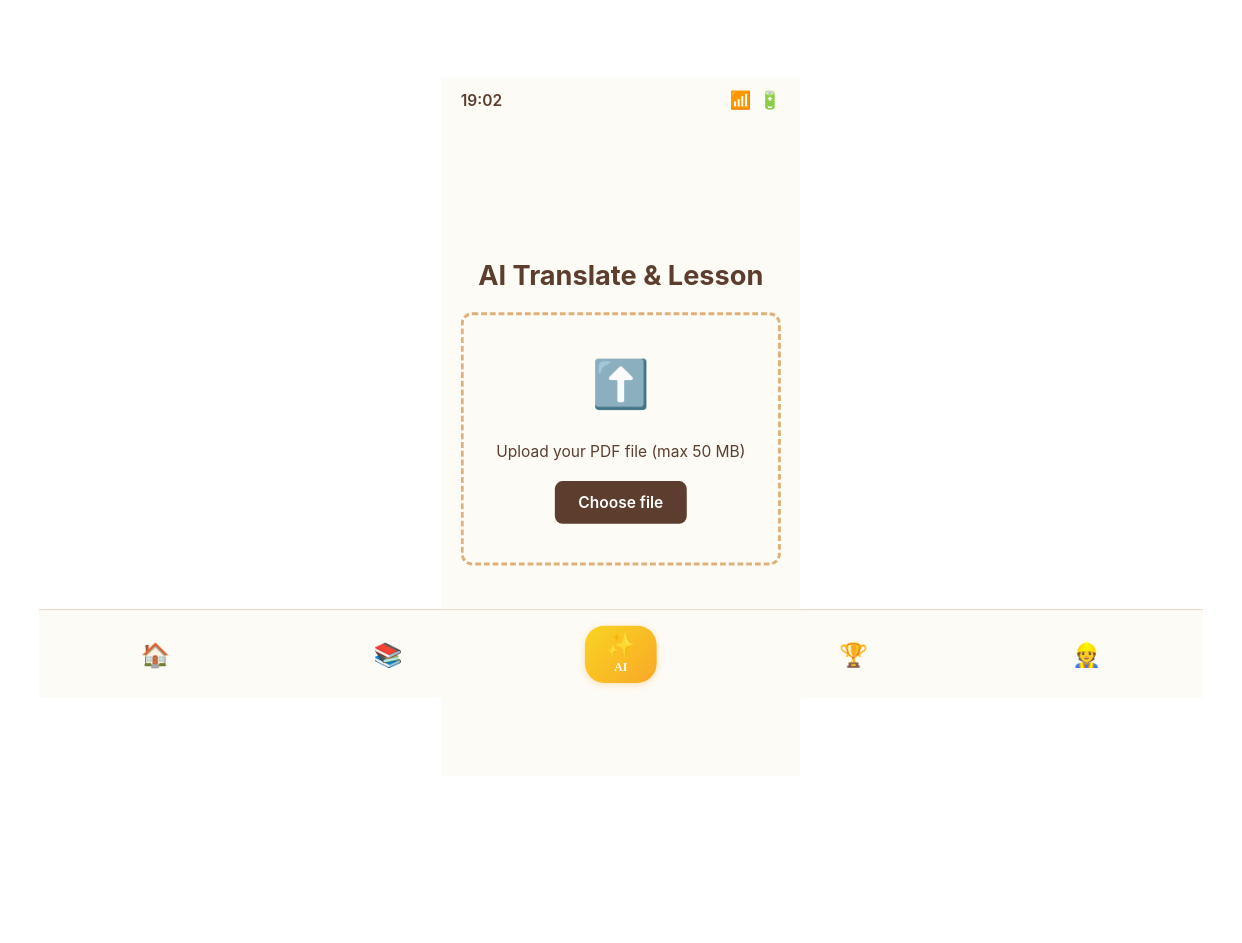
Repository: richelletiongson/Jargon_FrontendShowcase
Page: / (app in jargon_frontend/)
An editor plug-in stored every save of this project. The page is shown before and after the next save, followed by the edit.
The browser window is 1280 px wide. The pictures show the whole page, at 97% of full size.
The project was rebuilt for these pictures with package versions that can differ from the ones it lists, and the page was loaded fresh each time. Also part of the build but not shown: jargon_frontend/vite.config.js, jargon_frontend/src/index.css, jargon_frontend/src/home_pages/Home.jsx, jargon_frontend/src/course_pages/Course.jsx, jargon_frontend/src/charts_pages/Charts.jsx, jargon_frontend/src/profile_pages/Profile.jsx.

Above is the page before, as saved 2025-10-22 14:05:14.

### jargon_frontend/index.html
<!doctype html>
<html lang="en">
  <head>
    <meta charset="UTF-8" />
    <link rel="icon" type="image/svg+xml" href="/vite.svg" />
    <meta name="viewport" content="width=device-width, initial-scale=1.0" />
    <title>jargon_frontend</title>
  </head>
  <body>
    <div id="root"></div>
    <script type="module" src="/src/main.jsx"></script>
  </body>
</html>

### jargon_frontend/src/App.jsx
import './App.css'
import NavBar from "./components/NavBar";
import { BrowserRouter, Routes, Route } from "react-router-dom";
import Home from "./home_pages/Home";
import Course from "./course_pages/Course";
import AI from "./ai_pages/AI";
import Charts from "./charts_pages/Charts";
import Profile from "./profile_pages/Profile";

function App() {
  return (
    <BrowserRouter>
            <div className='page'>
                <main className='main-content'>
                    <Routes>
                        <Route
                            path='/'
                            element={<AI />}
                        />
                        <Route
                            path='/home'
                            element={<Home />}
                        />
                        <Route
                            path='/course'
                            element={<Course />}
                        />
                        <Route
                            path='/ai'
                            element={<AI />}
                        />
                        <Route
                            path='/charts'
                            element={<Charts />}
                        />
                        <Route
                            path='/profile'
                            element={<Profile />}
                        />

                    </Routes>
                </main>
                <NavBar />
            </div>
        </BrowserRouter>
  )
}

export default App

### jargon_frontend/src/components/NavBar.jsx
import React from 'react';
import { Link, useLocation } from 'react-router-dom';
import './NavBar.css';

const NavBar = () => {
  const location = useLocation();

  return (
    <div className="bottom-nav">
      <Link to="/home" className={`nav-item ${location.pathname === '/home' ? 'active' : ''}`}>
        <div className="nav-icon">🏠</div>
      </Link>
      <Link to="/course" className={`nav-item ${location.pathname === '/course' ? 'active' : ''}`}>
        <div className="nav-icon">📚</div>
      </Link>
      <Link to="/" className={`nav-item ${location.pathname === '/' ? 'active' : ''}`}>
        <div className="nav-icon">✨</div>
        <span className="nav-text">AI</span>
      </Link>
      <Link to="/charts" className={`nav-item ${location.pathname === '/charts' ? 'active' : ''}`}>
        <div className="nav-icon">🏆</div>
      </Link>
      <Link to="/profile" className={`nav-item ${location.pathname === '/profile' ? 'active' : ''}`}>
        <div className="nav-icon">👷</div>
      </Link>
    </div>
  );
};

export default NavBar;

### jargon_frontend/src/ai_pages/AI.jsx
import React, { useState } from 'react';
import './AI.css';

const AI = () => {
  const [selectedFile, setSelectedFile] = useState(null);

  const handleFileChange = (event) => {
    const file = event.target.files[0];
    if (file) {
      setSelectedFile(file);
    }
  };

  return (
    <div className="ai-page">
      {/* Status Bar */}
      <div className="status-bar">
        <div className="time">19:02</div>
        <div className="status-icons">
          <div className="wifi-icon">📶</div>
          <div className="battery-icon">🔋</div>
        </div>
      </div>

      {/* Main Content */}
      <div className="main-content">
        <h1 className="page-title">AI Translate & Lesson</h1>

        <div className="file-upload-container">
          <div className="file-upload-area">
            <div className="upload-icon">⬆️</div>
            <p className="upload-text">Upload your PDF file (max 50 MB)</p>
            <input
              type="file"
              id="file-input"
              accept=".pdf"
              onChange={handleFileChange}
              style={{ display: 'none' }}
            />
            <label htmlFor="file-input" className="choose-file-btn">
              Choose file
            </label>
            {selectedFile && (
              <p className="selected-file">Selected: {selectedFile.name}</p>
            )}
          </div>
        </div>
      </div>

      {/* Bottom Navigation */}
      <div className="bottom-nav">
        <div className="nav-item">
          <div className="nav-icon">🏠</div>
        </div>
        <div className="nav-item">
          <div className="nav-icon">📚</div>
        </div>
        <div className="nav-item active">
          <div className="nav-icon">✨</div>
          <span className="nav-text">AI</span>
        </div>
        <div className="nav-item">
          <div className="nav-icon">🏆</div>
        </div>
        <div className="nav-item">
          <div className="nav-icon">👷</div>
        </div>
      </div>
    </div>
  );
};

export default AI;

### jargon_frontend/src/components/NavBar.css
/* Bottom Navigation Styles */
.bottom-nav {
  display: flex;
  justify-content: space-around;
  align-items: center;
  background-color: #FDFBF6;
  padding: 16px 0;
  border-top: 1px solid #E8D5C4;
  position: sticky;
  bottom: 0;
  z-index: 100;
}

.nav-item {
  display: flex;
  flex-direction: column;
  align-items: center;
  gap: 4px;
  padding: 8px 12px;
  border-radius: 20px;
  transition: all 0.3s ease;
  cursor: pointer;
  min-width: 50px;
  text-decoration: none;
  color: inherit;
}

.nav-item:hover {
  background-color: #F5F0E8;
}

.nav-item.active {
  background: linear-gradient(135deg, #F9D423 0%, #F9A826 100%);
  color: white;
  box-shadow: 0 2px 8px rgba(249, 164, 38, 0.3);
}

.nav-icon {
  font-size: 24px;
  line-height: 1;
}

.nav-text {
  font-size: 12px;
  font-weight: 600;
  color: inherit;
}

.nav-item:not(.active) .nav-icon {
  color: #5C3D2E;
}

/* Responsive Design */
@media (max-width: 480px) {
  .nav-icon {
    font-size: 20px;
  }

  .nav-text {
    font-size: 10px;
  }
}

### jargon_frontend/src/home_pages/Home.css
/* Home Page Styles */
.home-page {
  min-height: 100vh;
  background-color: #FDFBF6;
  display: flex;
  flex-direction: column;
  font-family: -apple-system, BlinkMacSystemFont, 'Segoe UI', 'Roboto', sans-serif;
}

.status-bar {
  display: flex;
  justify-content: space-between;
  align-items: center;
  padding: 12px 20px;
  background-color: #FDFBF6;
  color: #5C3D2E;
  font-size: 16px;
  font-weight: 600;
}

.status-icons {
  display: flex;
  gap: 8px;
  font-size: 18px;
}

.main-content {
  flex: 1;
  padding: 40px 20px;
  display: flex;
  flex-direction: column;
  align-items: center;
  justify-content: center;
  text-align: center;
}

.page-title {
  font-size: 28px;
  font-weight: bold;
  color: #5C3D2E;
  margin-bottom: 20px;
}

.coming-soon {
  color: #5C3D2E;
  font-size: 18px;
  opacity: 0.7;
}

### jargon_frontend/src/course_pages/Course.css
/* Course Page Styles */
.course-page {
  min-height: 100vh;
  background-color: #FDFBF6;
  display: flex;
  flex-direction: column;
  font-family: -apple-system, BlinkMacSystemFont, 'Segoe UI', 'Roboto', sans-serif;
}

.status-bar {
  display: flex;
  justify-content: space-between;
  align-items: center;
  padding: 12px 20px;
  background-color: #FDFBF6;
  color: #5C3D2E;
  font-size: 16px;
  font-weight: 600;
}

.status-icons {
  display: flex;
  gap: 8px;
  font-size: 18px;
}

.main-content {
  flex: 1;
  padding: 40px 20px;
  display: flex;
  flex-direction: column;
  align-items: center;
  justify-content: center;
  text-align: center;
}

.page-title {
  font-size: 28px;
  font-weight: bold;
  color: #5C3D2E;
  margin-bottom: 20px;
}

.coming-soon {
  color: #5C3D2E;
  font-size: 18px;
  opacity: 0.7;
}

### jargon_frontend/src/ai_pages/AI.css
/* AI Page Styles */
.ai-page {
  min-height: 100vh;
  background-color: #FDFBF6;
  display: flex;
  flex-direction: column;
  font-family: -apple-system, BlinkMacSystemFont, 'Segoe UI', 'Roboto', sans-serif;
}

/* Status Bar */
.status-bar {
  display: flex;
  justify-content: space-between;
  align-items: center;
  padding: 12px 20px;
  background-color: #FDFBF6;
  color: #5C3D2E;
  font-size: 16px;
  font-weight: 600;
}

.status-icons {
  display: flex;
  gap: 8px;
  font-size: 18px;
}

/* Main Content */
.main-content {
  flex: 1;
  padding: 40px 20px;
  display: flex;
  flex-direction: column;
  align-items: center;
  justify-content: center;
  text-align: center;
}

.page-title {
  font-size: 28px;
  font-weight: bold;
  color: #5C3D2E;
  margin-bottom: 60px;
  line-height: 1.2;
}

/* File Upload Container */
.file-upload-container {
  width: 100%;
  max-width: 400px;
  margin: 0 auto;
}

.file-upload-area {
  background-color: #FDFBF6;
  border: 3px dashed #E0B07B;
  border-radius: 12px;
  padding: 40px 20px;
  display: flex;
  flex-direction: column;
  align-items: center;
  gap: 20px;
  transition: all 0.3s ease;
}

.file-upload-area:hover {
  border-color: #D4A574;
  background-color: #FEFCF7;
}

.upload-icon {
  font-size: 48px;
  color: #5C3D2E;
  margin-bottom: 10px;
}

.upload-text {
  color: #5C3D2E;
  font-size: 16px;
  margin: 0;
  line-height: 1.4;
}

.choose-file-btn {
  background-color: #5C3D2E;
  color: white;
  padding: 12px 24px;
  border-radius: 8px;
  border: none;
  font-size: 16px;
  font-weight: 600;
  cursor: pointer;
  transition: background-color 0.3s ease;
  text-decoration: none;
  display: inline-block;
}

.choose-file-btn:hover {
  background-color: #4A3225;
}

.selected-file {
  color: #5C3D2E;
  font-size: 14px;
  margin: 10px 0 0 0;
  font-style: italic;
}

/* Bottom Navigation */
.bottom-nav {
  display: flex;
  justify-content: space-around;
  align-items: center;
  background-color: #FDFBF6;
  padding: 16px 0;
  border-top: 1px solid #E8D5C4;
  position: sticky;
  bottom: 0;
}

.nav-item {
  display: flex;
  flex-direction: column;
  align-items: center;
  gap: 4px;
  padding: 8px 12px;
  border-radius: 20px;
  transition: all 0.3s ease;
  cursor: pointer;
  min-width: 50px;
}

.nav-item:hover {
  background-color: #F5F0E8;
}

.nav-item.active {
  background: linear-gradient(135deg, #F9D423 0%, #F9A826 100%);
  color: white;
  box-shadow: 0 2px 8px rgba(249, 164, 38, 0.3);
}

.nav-icon {
  font-size: 24px;
  line-height: 1;
}

.nav-text {
  font-size: 12px;
  font-weight: 600;
  color: inherit;
}

.nav-item:not(.active) .nav-icon {
  color: #5C3D2E;
}

/* Responsive Design */
@media (max-width: 480px) {
  .main-content {
    padding: 30px 16px;
  }

  .page-title {
    font-size: 24px;
    margin-bottom: 40px;
  }

  .file-upload-area {
    padding: 30px 16px;
  }

  .upload-icon {
    font-size: 40px;
  }

  .upload-text {
    font-size: 14px;
  }

  .choose-file-btn {
    padding: 10px 20px;
    font-size: 14px;
  }
}

@media (max-width: 360px) {
  .status-bar {
    padding: 10px 16px;
    font-size: 14px;
  }

  .main-content {
    padding: 20px 12px;
  }

  .page-title {
    font-size: 22px;
    margin-bottom: 30px;
  }

  .file-upload-area {
    padding: 24px 12px;
  }

  .nav-icon {
    font-size: 20px;
  }

  .nav-text {
    font-size: 10px;
  }
}

### jargon_frontend/src/charts_pages/Charts.css
/* Charts Page Styles */
.charts-page {
  min-height: 100vh;
  background-color: #FDFBF6;
  display: flex;
  flex-direction: column;
  font-family: -apple-system, BlinkMacSystemFont, 'Segoe UI', 'Roboto', sans-serif;
}

.status-bar {
  display: flex;
  justify-content: space-between;
  align-items: center;
  padding: 12px 20px;
  background-color: #FDFBF6;
  color: #5C3D2E;
  font-size: 16px;
  font-weight: 600;
}

.status-icons {
  display: flex;
  gap: 8px;
  font-size: 18px;
}

.main-content {
  flex: 1;
  padding: 40px 20px;
  display: flex;
  flex-direction: column;
  align-items: center;
  justify-content: center;
  text-align: center;
}

.page-title {
  font-size: 28px;
  font-weight: bold;
  color: #5C3D2E;
  margin-bottom: 20px;
}

.coming-soon {
  color: #5C3D2E;
  font-size: 18px;
  opacity: 0.7;
}

### jargon_frontend/src/profile_pages/Profile.css
/* Profile Page Styles */
.profile-page {
  min-height: 100vh;
  background-color: #FDFBF6;
  display: flex;
  flex-direction: column;
  font-family: -apple-system, BlinkMacSystemFont, 'Segoe UI', 'Roboto', sans-serif;
}

.status-bar {
  display: flex;
  justify-content: space-between;
  align-items: center;
  padding: 12px 20px;
  background-color: #FDFBF6;
  color: #5C3D2E;
  font-size: 16px;
  font-weight: 600;
}

.status-icons {
  display: flex;
  gap: 8px;
  font-size: 18px;
}

.main-content {
  flex: 1;
  padding: 40px 20px;
  display: flex;
  flex-direction: column;
  align-items: center;
  justify-content: center;
  text-align: center;
}

.page-title {
  font-size: 28px;
  font-weight: bold;
  color: #5C3D2E;
  margin-bottom: 20px;
}

.coming-soon {
  color: #5C3D2E;
  font-size: 18px;
  opacity: 0.7;
}

Loaded but not shown: jargon_frontend/src/main.jsx (common file); jargon_frontend/src/App.css (common file)

After the next save:
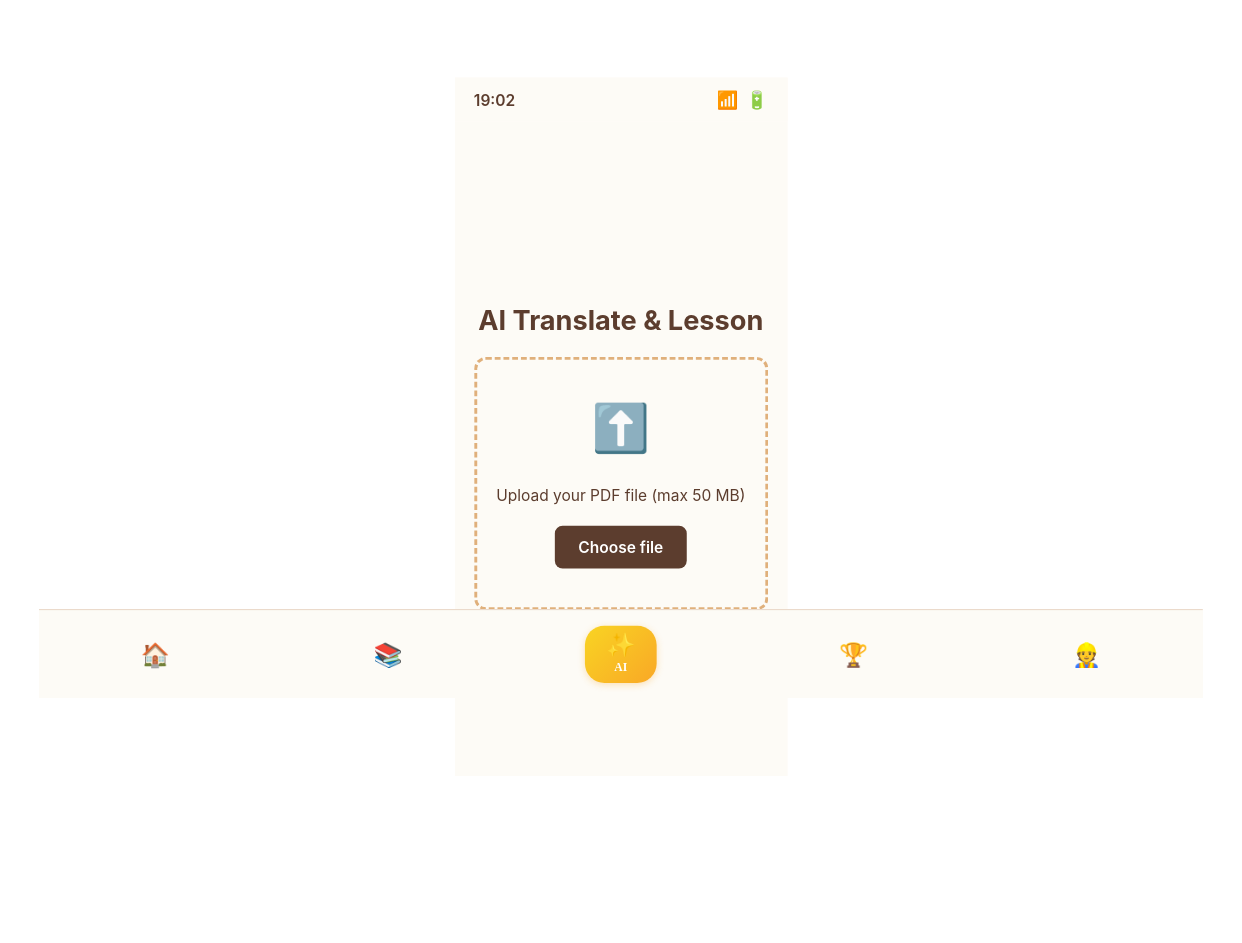
Saved 3 s later.
--- a/jargon_frontend/src/ai_pages/AI.jsx
+++ b/jargon_frontend/src/ai_pages/AI.jsx
@@ -47,25 +47,6 @@ const AI = () => {
         </div>
       </div>
 
-      {/* Bottom Navigation */}
-      <div className="bottom-nav">
-        <div className="nav-item">
-          <div className="nav-icon">🏠</div>
-        </div>
-        <div className="nav-item">
-          <div className="nav-icon">📚</div>
-        </div>
-        <div className="nav-item active">
-          <div className="nav-icon">✨</div>
-          <span className="nav-text">AI</span>
-        </div>
-        <div className="nav-item">
-          <div className="nav-icon">🏆</div>
-        </div>
-        <div className="nav-item">
-          <div className="nav-icon">👷</div>
-        </div>
-      </div>
     </div>
   );
 };
